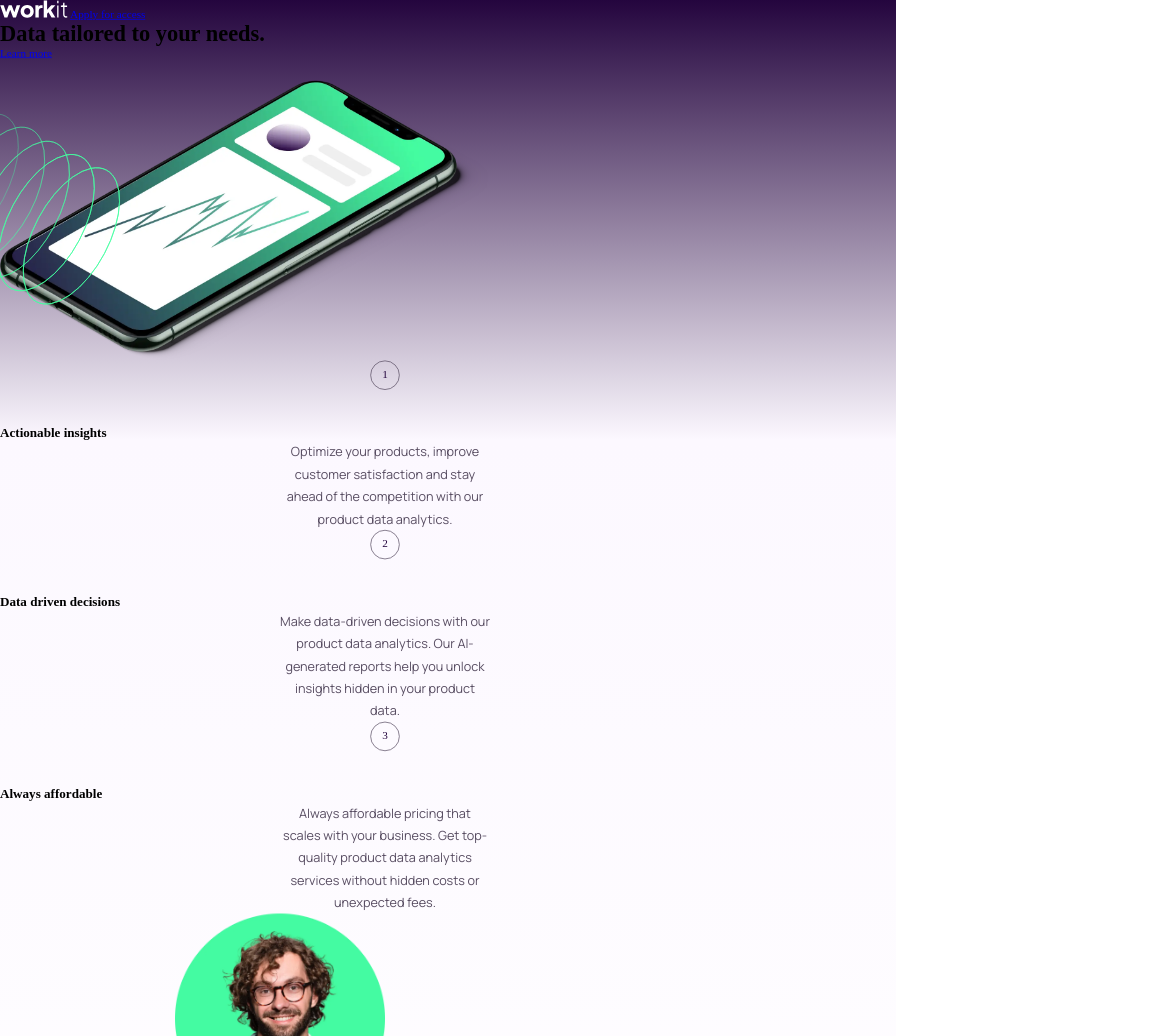
Repository: Arkitecth/landing_page
Page: starter-code/index.html
An editor plug-in stored every save of this project. The page is shown before and after the next save, followed by the edit.
The browser window is 1280 px wide. The page is 1280 px wide, then 1671 px, so the pictures cover 1671 px, including what lies to the right of the window. The pictures show the part of the page from y = 0 to 1480 px (the page is 2095 px tall), at 70% of full size.

Above is the page before, as saved 2023-05-29 16:41:39.

### starter-code/index.html
<!DOCTYPE html>
<html lang="en">
<head>
  <meta charset="UTF-8">
  <meta http-equiv="X-UA-Compatible" content="IE=edge">
  <meta name="viewport" content="width=device-width, height=device-height, initial-scale=1.0, minimum-scale=1.0">
  <title>Work-it | Landing Page</title>
  <link rel="stylesheet" href="styles.css">
</head>
<body>
  <header id="header">
    <img src="assets/images/bg-pattern-1.svg" class="bg-pattern-1" alt="bg-pattern-1">
    <img src="assets/images/bg-pattern-1.svg" class="bg-pattern-1" alt="bg-pattern-1">
    <div class="container">
      <nav>
        <object data="assets/images/logo-light.svg"></object>
        <a class="btn-secondary" href="#">Apply for access</a>
      </nav>
      <div class="showcase">

        <h1>Data <span>tailored</span> to your needs.</h1>
        <a class="btn-primary"href="#">Learn more</a>
        <object class="image-hero" data="assets/images/image-hero.webp"></object>
      </div>
    </div>

  </header>


  <section id="feature">
    <div class="container grid">
      <div class="feature-content">
        <p class="feature-num">1</p>
        <h3>Actionable insights</h3>
        <p class="feature-paragraph">Optimize your products, improve customer satisfaction and stay ahead of the competition with our product data analytics.</p>
      </div>

      <div class="feature-content">
        <p class="feature-num">2</p>
        <h3>Data driven decisions</h3>
        <p class="feature-paragraph">Make data-driven decisions with our product data analytics. Our AI-generated reports help you unlock insights hidden in your product data.</p>
      </div>

      <div class="feature-content">
        <p class="feature-num">3</p>
        <h3>Always affordable</h3>
        <p class="feature-paragraph">Always affordable pricing that scales with your business. Get top-quality product data analytics services without hidden costs or unexpected fees.</p>
      </div>
    </div>
  </section>


  <section id="about">
    <div class="container flex">
        <object class="image-founder" data="assets/images/image-founder.webp" width="300" height="300"></object>
        <div class="about-text">
          <h3> Be the first to test </h3>
          <p> Hi, I'm Louis Graham, the founder of the company. Book a demo call with me to become a
          beta tester for our app and kickstart your company. Apply for access below and I’ll be
          in touch to schedule a call. </p>
          <a class="btn-primary" href="#"> Apply for access </a>
        </div>
        <object class="bg-pattern-3" data="assets/images/bg-pattern-3.svg"></object>
    </div>

  </section>

  <footer>
    <object class="logo-dark" data="assets/images/logo-dark.svg"></object>
    <div class="icons">
      <object class="icon" data="assets/images/icon-facebook.svg"></object>
      <object class="icon" data="assets/images/icon-twitter.svg" ></object>
      <object class="icon" data="assets/images/icon-instagram.svg" ></object>
    </div>

  </footer>
</body>
</html>

### starter-code/styles.css
@font-face {
    font-family: "Fraunces";
    src: url("/Users/trenttuedon/Desktop/workit-landing-page/starter-code/assets/fonts/fraunces/Fraunces-VariableFont_SOFT,WONK,opsz,wght.ttf");

}

@font-face {
    font-family: "Manrope";
    src: url("starter-code/assets/fonts/manrope/Manrope-VariableFont_wght.ttf");

}

* {
    margin: 0;
    padding: 0;
}

html,body {
    background: linear-gradient(180deg, rgba(36,5,62,1) 0%, rgba(252,248,255,1) 30%, rgba(255,255,255,1) 100%);
    width: 1100px;
}


/* Showcase */
.container {
    max-width: 1100px;
    margin:  auto;
}

.overlay {
    width: 1500px;
    max-width: 1500px;
    height: 730px;
    background-color: #24053e;
    border-radius: 100% /0 0 80px 80px;
}
.navbar {
    color: #fff;
    display: flex;
    justify-content: space-between;
    position: relative;
    top: 50px;
}

.navbar a {
    text-decoration: none;
    color: #fff;
}

.secondary-default {
    font-family: sans-serif;
    border-bottom: 3px solid #44ffa1;
}

.secondary-default:hover {
    color: #44ffa1;
}

.bg-pattern-1 {
   position: absolute;
   left: -140px;
   top: 140px;
}

.bg-pattern-2 {
    position: absolute;
    left: 1330px;
    top: 250px;
 }

.heading {
    justify-content: center;
    width: 635px;
    height: 258px;
    margin: 0 auto;
    margin-top: 146px;
    text-align: center;
}

.heading h1 {
    font-family: Fraunces;
    color: #fff;
    font-weight: 600;
    line-height: 80px;
    margin-bottom: 40px;
    font-size: 5em;
}

.underline {
    text-decoration: underline;
    text-decoration-thickness: 2px;
    text-decoration-color: #44ffa1;
    text-underline-offset: 6px;
}

.primary-default {
    font-family: sans-serif;
    line-height: 40px;
    background-color: #44ffa1;
    border: 0;
    color: black;
    text-decoration: none;
    padding: 20px 40px;
}

.primary-default:hover {
    background-color: #24053e;
    color: #44ffa1;
    border: 1px solid #44ffa1;
}

.image-hero {
    display: block;
    margin-top: 30px;
    width: 700px;
    height: 400px;
}

/* Features */
.grid-container {
    display: grid;
    padding-top: 200px;
    grid-template-rows: 1fr 1fr;
    grid-template-columns: 1fr 1fr 1fr;
    font-family: "Fraunces";
    gap: 30px;
    text-align: center;
}


.feature-num {
    border: 1px solid #584d62;
    border-radius: 50%;
    width: 20px;
    height: 20px;
    padding: 10px;
    margin: auto;
    text-align: center;
    margin-bottom: 50px;
    color: #24053e;
}


.purple-overlay {
    background: #fdf8ff;
    border-radius: 0 0 50% 50% / 50px;
    width: 1500px;
    height: 600px;

}

.feature-heading {
    margin-bottom: 40px;
    font-weight: 600;
    color: #24053e;
}

.feature-paragraph {
    font-family: "Manrope";
    font-size: 1.13em;
    line-height: 32px;
    width: 300px;
    text-align: center;
    font-weight: 400;
    color: #584d62;
    margin: auto;

}


/* About Section */

.image-founder {
    margin-left: 250px;
}

.about{
    position: relative;
    color: #fff;
    background-color: #24053e;
    width: 730px;
    height: 413px;
    bottom: 200px;
    left: 400px;
    margin-left: 100px;
}

.about-container {
    text-align: left;
    padding: 70px;
}

.about-container h3 {
    font-family: "Fraunces";
    font-size: 3.5em;
    font-weight: 600;
    margin-bottom: 32px;
}

.about-container p {
    font-family: "Manrope";
    font-weight: 400;
    font-size: 1.15em;
    line-height: 32px;
    margin-bottom: 30px;
}

.about-container a {
    margin-top: 100px;
}

.bg-pattern-3 {
    position: relative;
    bottom: 120px;
    left: 400px;
}

/* Footer */

.spacing {
    margin-top: 100px;
}

footer {
    background-color: #fff;
    margin-left: 300px;
    text-align: center;
    padding-bottom: 100px;
}

.icons {
    margin-top: 40px;

}

.icon {
    padding: 0 20px 0 20px;
}


/* Media Queries */

@media (min-width: 768px) and (max-width: 1024px) {

    .body {
        background-color: black;
    }
    .bg-pattern-1 {
        left: -200px;
    }

    .bg-pattern-2 {
        left: 1330px;
        overflow: hidden;
    }
    .grid-container {
        display: grid;
        position: relative;
        grid-template-columns: none;
        grid-template-rows: repeat(3, 1fr);
        margin-top: 200px;
        padding: 20px;
        gap: 100px;
        text-align: left;
    }
    .feature-heading {
       text-align: left;
       margin-left: 300px;
       margin-bottom: 20px;
    }
    .feature-num {
        position: absolute;
        left: 250px;
        margin-top: 50px;

    }

    .feature-paragraph {
        text-align: left;
        width: 493px;
        height: 56px;
    }


}

@media(max-width: 480px) {
    html,body {
        background: linear-gradient(180deg, rgba(36,5,62,1) 0%, rgba(252,248,255,1) 10%, rgba(255,255,255,1) 100%);
        font-size: 100%;
    }

    .bg-pattern-1, .bg-pattern-2, .bg-pattern-3 {
        display: none;
    }

    .purple-overlay {
        height: 1300px;
    }

    .grid-container {
        display: grid;
        grid-template-columns: none;
        grid-template-rows: repeat(3, 1fr);
        font-size: 1.75rem;
    }

    .feature-num {
        padding: 20px;
        padding-top: 10px;
        text-align: center;
    }

    .about {
        margin-top: 120px;
        margin-left: 10px;
    }

    .about-container {
        text-align: center;
    }

    .image-founder {
        margin-left: 600px;
    }

    footer {
        height: 500px;
        margin-left: 400px
    }
}

### starter-code/assets/images/bg-pattern-1.svg
<svg xmlns="http://www.w3.org/2000/svg" width="341" height="317" viewBox="0 0 341 317"><g fill="none" fill-rule="evenodd" stroke="#44FFA1" transform="rotate(-152 159.204 128.626)"><ellipse cx="54" cy="107.125" rx="53.5" ry="106.5"/><ellipse cx="94.706" cy="107" rx="53.5" ry="106.5"/><ellipse cx="134.529" cy="107.344" opacity=".75" rx="52.5" ry="106.5"/><ellipse cx="175.705" cy="108.102" opacity=".5" rx="53.5" ry="106.5"/><ellipse cx="217.294" cy="107.508" opacity=".25" rx="52.5" ry="106.5"/></g></svg>

After the next save:
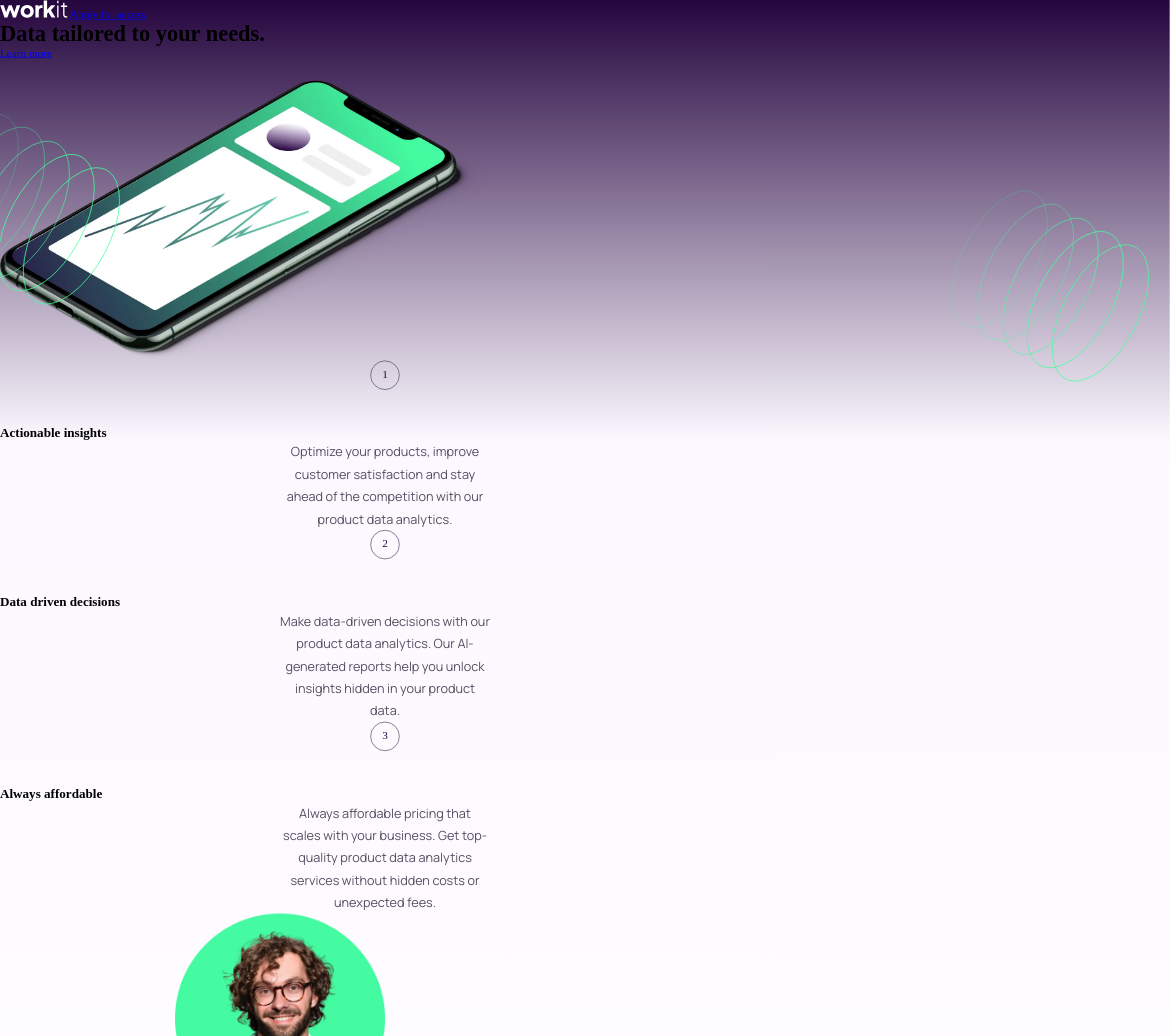
Saved 5 s later.
--- a/starter-code/index.html
+++ b/starter-code/index.html
@@ -10,7 +10,7 @@
 <body>
   <header id="header">
     <img src="assets/images/bg-pattern-1.svg" class="bg-pattern-1" alt="bg-pattern-1">
-    <img src="assets/images/bg-pattern-1.svg" class="bg-pattern-1" alt="bg-pattern-1">
+    <img src="assets/images/bg-pattern-1.svg" class="bg-pattern-2" alt="bg-pattern-2">
     <div class="container">
       <nav>
         <object data="assets/images/logo-light.svg"></object>
